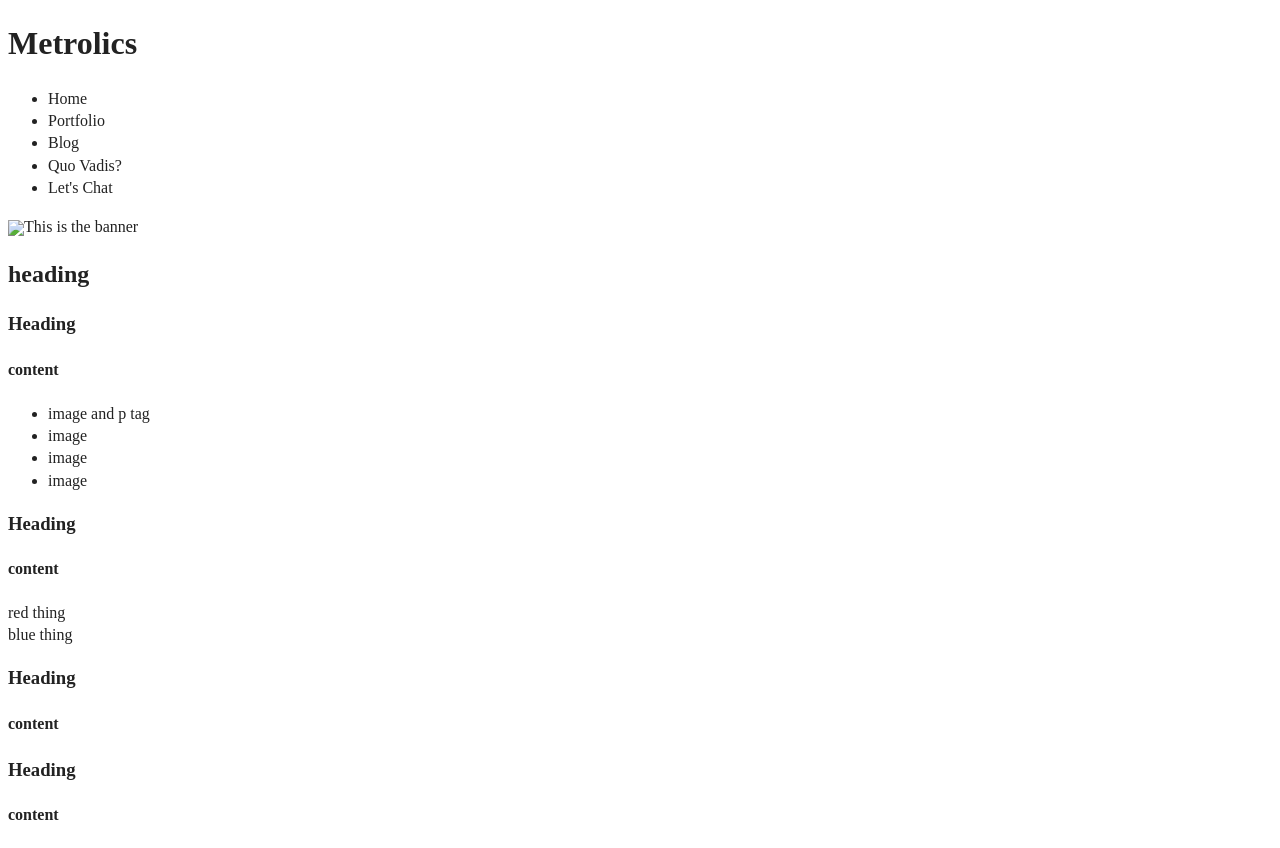
Repository: shxxw88/lab02
Page: index.html
These files come from the project's save history. The page is drawn as it stood at one moment and after the next save; the edit follows.
The browser window is 1280 px wide. The pictures show the whole page.

Above is the page before, as saved 2025-01-21 12:05:55.

After the next save:
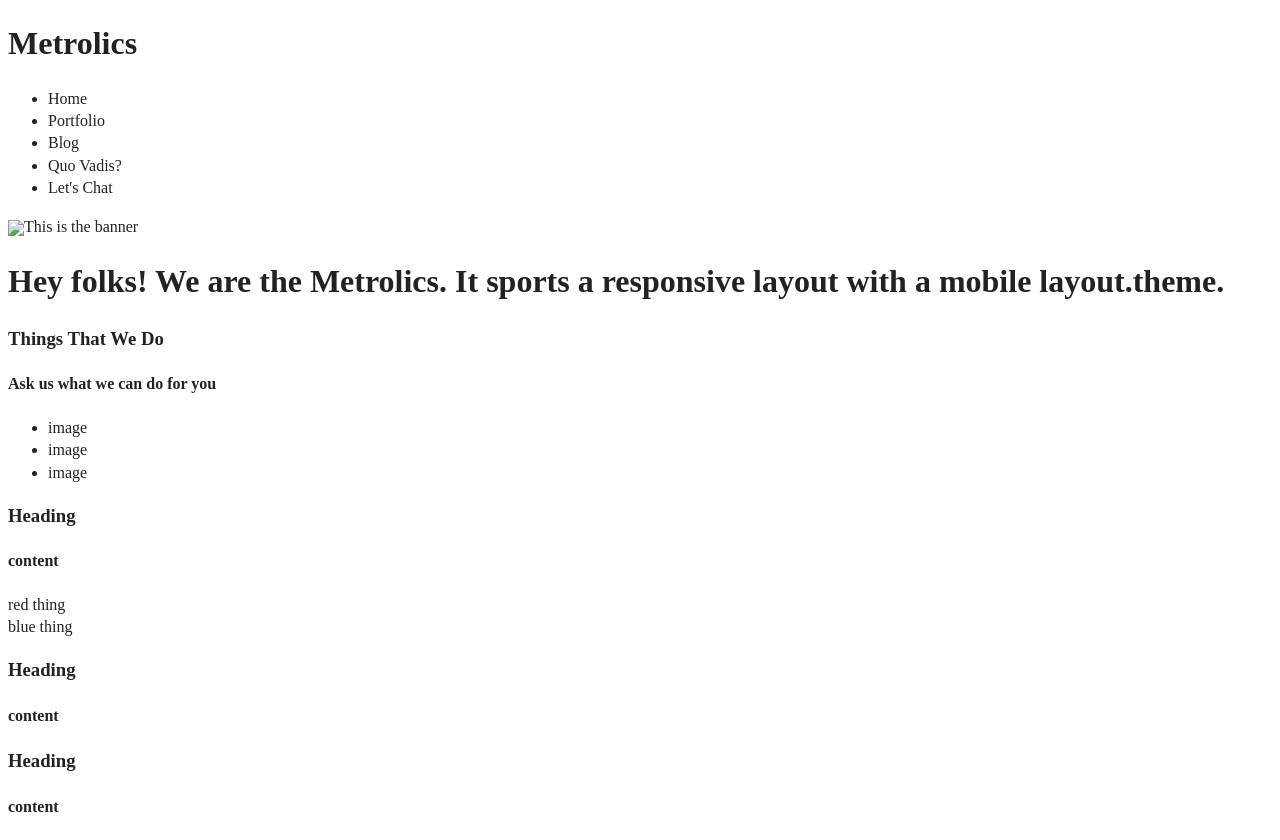
Saved 10 min 21 s later.
--- a/index.html
+++ b/index.html
@@ -48,13 +48,12 @@
     </header>
     <div id="banner"> <img src="/" >This is the banner
     </div>
-    <h2>heading </h2>
+    <h1>Hey folks! We are the Metrolics. It sports a responsive layout with a mobile layout.theme.</h1>
     <section>
-        <h3>Heading</h3>
-        <h4>content</h4>
-        <div>
+        <h3>Things That We Do</h3>
+        <h4>Ask us what we can do for you</h4>
+        <div id="">
             <ul>
-                <li>image and p tag </li>
                 <li>image </li>
                 <li>image </li>
                 <li>image </li>
